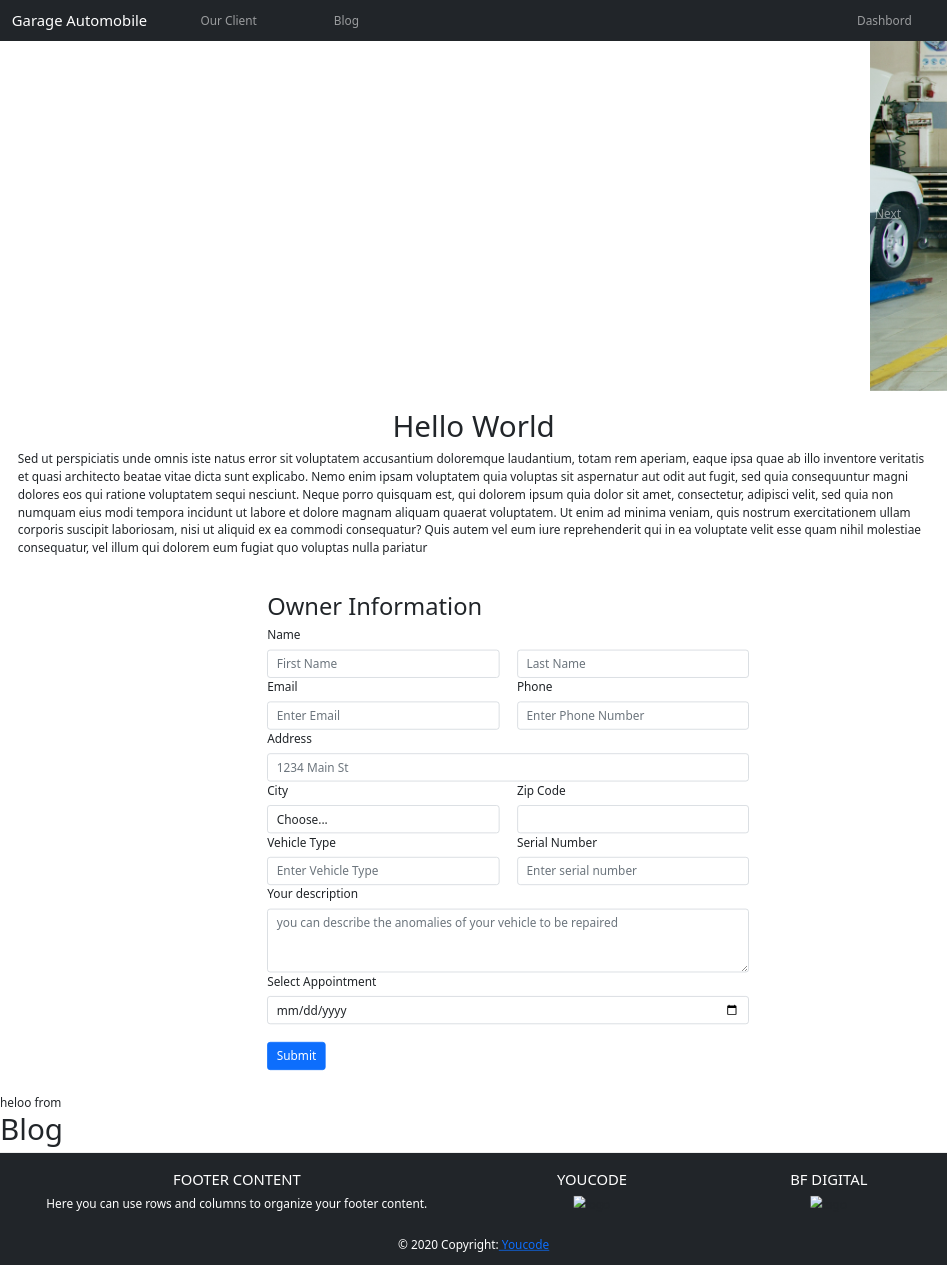
Repository: abdelhak-f/Fil-Rouge
Page: /Blog (app in client/)
The author's editor kept a copy of each file at every save. The page is drawn from the files as they stood at one save, then again after the next save.
The browser window is 1280 px wide. The pictures show the whole page, at 74% of full size.
The project was rebuilt for these pictures with package versions that can differ from the ones it lists, and the page was loaded fresh each time.

Above is the page before, as saved 2021-09-06 13:25:45.

After the next save:
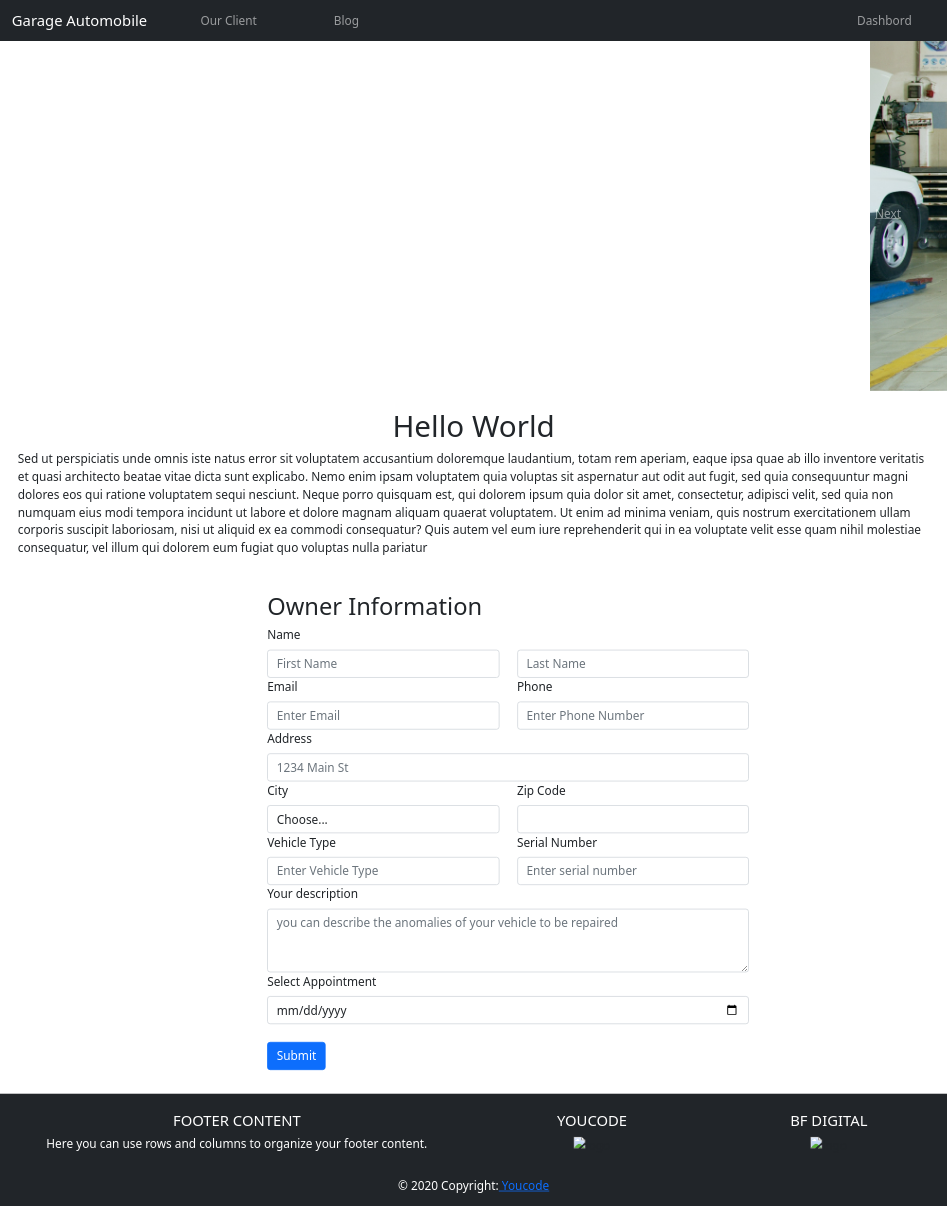
Saved 2 min 20 s later.
--- a/client/src/components/Body.jsx
+++ b/client/src/components/Body.jsx
@@ -1,24 +1,16 @@
 import React from 'react';
 import Text from './Text';
 import FirstFrontForm from './forms/FirstFrontForm';
-import { BrowserRouter as Router,Switch, Route  } from "react-router-dom";
-import Blog from './Blog';
-
 
 export default function componentName() {
   return (
     <>
+    {/* import the Text */}
+    <Text />
 
-     <Router>
-       {/* import the Text */}
-    <Text />
+
      {/* import the first form of client */}
      <FirstFrontForm />
-       <Switch>
-          <Route path="/blog" exact component={Blog} />
-
-       </Switch>
-     </Router>
 
     </>
   );
